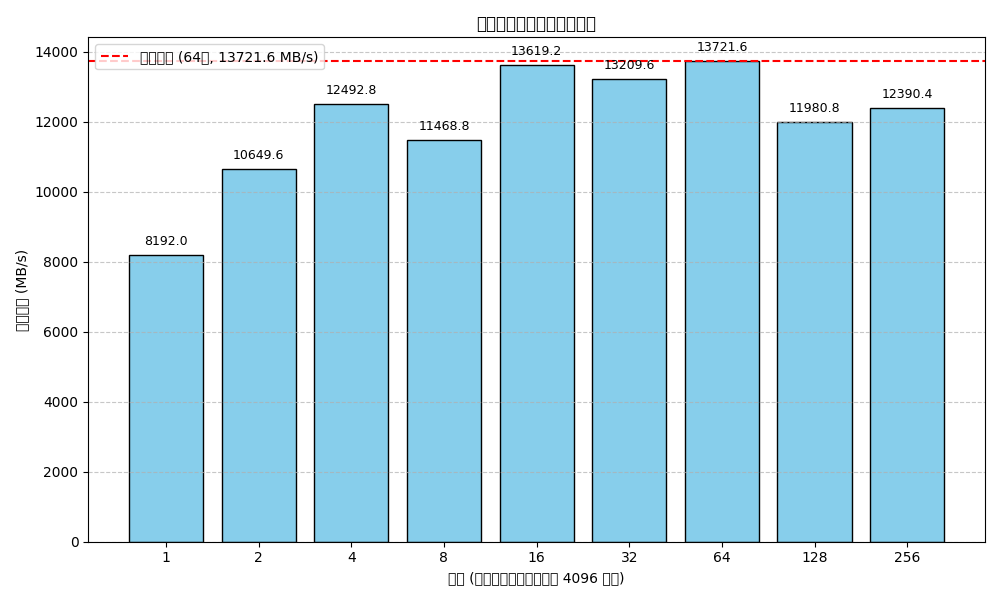
Repository: RUCICS/meowhw-zmjikk
Script's output: python plot_buffer_rates.py
The author's editor kept a copy of each file at every save. The script's output is drawn from the files as they stood at one save, then again after the next save.
Random numbers start from a fixed seed.

Above is the script's output before, as saved 2025-06-18 14:43:33.

### plot_buffer_rates.py
import numpy as np
import matplotlib.pyplot as plt

# 测试数据
multipliers = [1, 2, 4, 8, 16, 32, 64, 128, 256]
buffer_sizes = [4096 * m for m in multipliers]
speeds = [8192, 10649.6, 12492.8, 11468.8, 13619.2, 13209.6, 13721.6, 11980.8, 12390.4]  # MB/s

# 绘制柱状图
plt.figure(figsize=(10, 6))
bars = plt.bar([str(m) for m in multipliers], speeds, color='skyblue', edgecolor='black')
plt.xlabel('倍数 (相对于基础缓冲区大小 4096 字节)')
plt.ylabel('读写速度 (MB/s)')
plt.title('不同缓冲区大小的读写速度')
plt.grid(True, axis='y', linestyle='--', alpha=0.7)
plt.axhline(y=13721.6, color='red', linestyle='--', label='峰值速度 (64倍, 13721.6 MB/s)')
plt.legend()

# 在柱子上标注速度值
for bar, speed in zip(bars, speeds):
    plt.text(bar.get_x() + bar.get_width() / 2, speed + 200, f'{speed:.1f}',
             ha='center', va='bottom', fontsize=9)

plt.tight_layout()
plt.show()

After the next save:
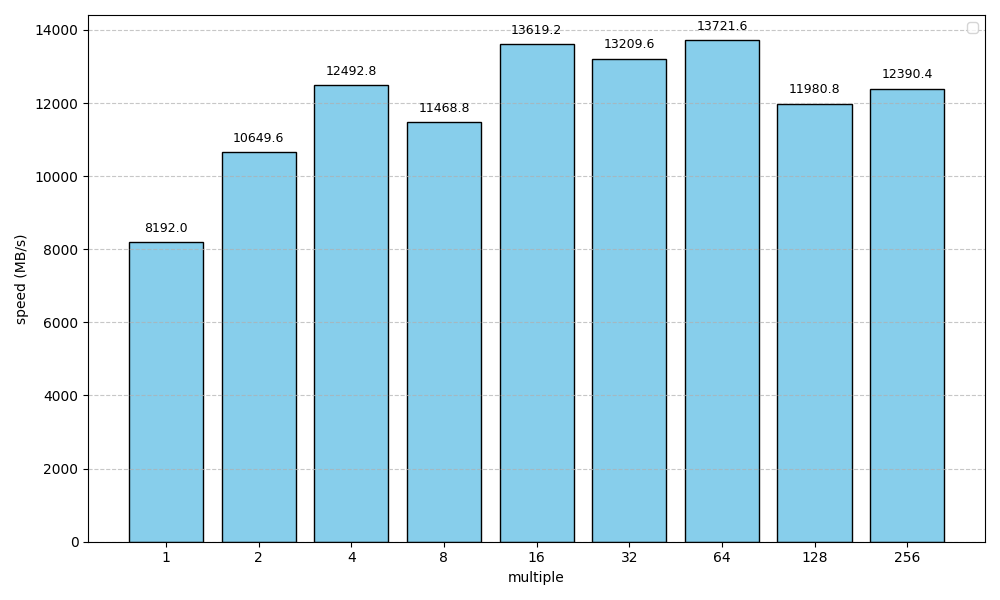
Saved 85 s later.
--- a/plot_buffer_rates.py
+++ b/plot_buffer_rates.py
@@ -9,11 +9,9 @@ speeds = [8192, 10649.6, 12492.8, 11468.8, 13619.2, 13209.6, 13721.6, 11980.8, 1
 # 绘制柱状图
 plt.figure(figsize=(10, 6))
 bars = plt.bar([str(m) for m in multipliers], speeds, color='skyblue', edgecolor='black')
-plt.xlabel('倍数 (相对于基础缓冲区大小 4096 字节)')
-plt.ylabel('读写速度 (MB/s)')
-plt.title('不同缓冲区大小的读写速度')
+plt.xlabel('multiple')
+plt.ylabel('speed (MB/s)')
 plt.grid(True, axis='y', linestyle='--', alpha=0.7)
-plt.axhline(y=13721.6, color='red', linestyle='--', label='峰值速度 (64倍, 13721.6 MB/s)')
 plt.legend()
 
 # 在柱子上标注速度值
